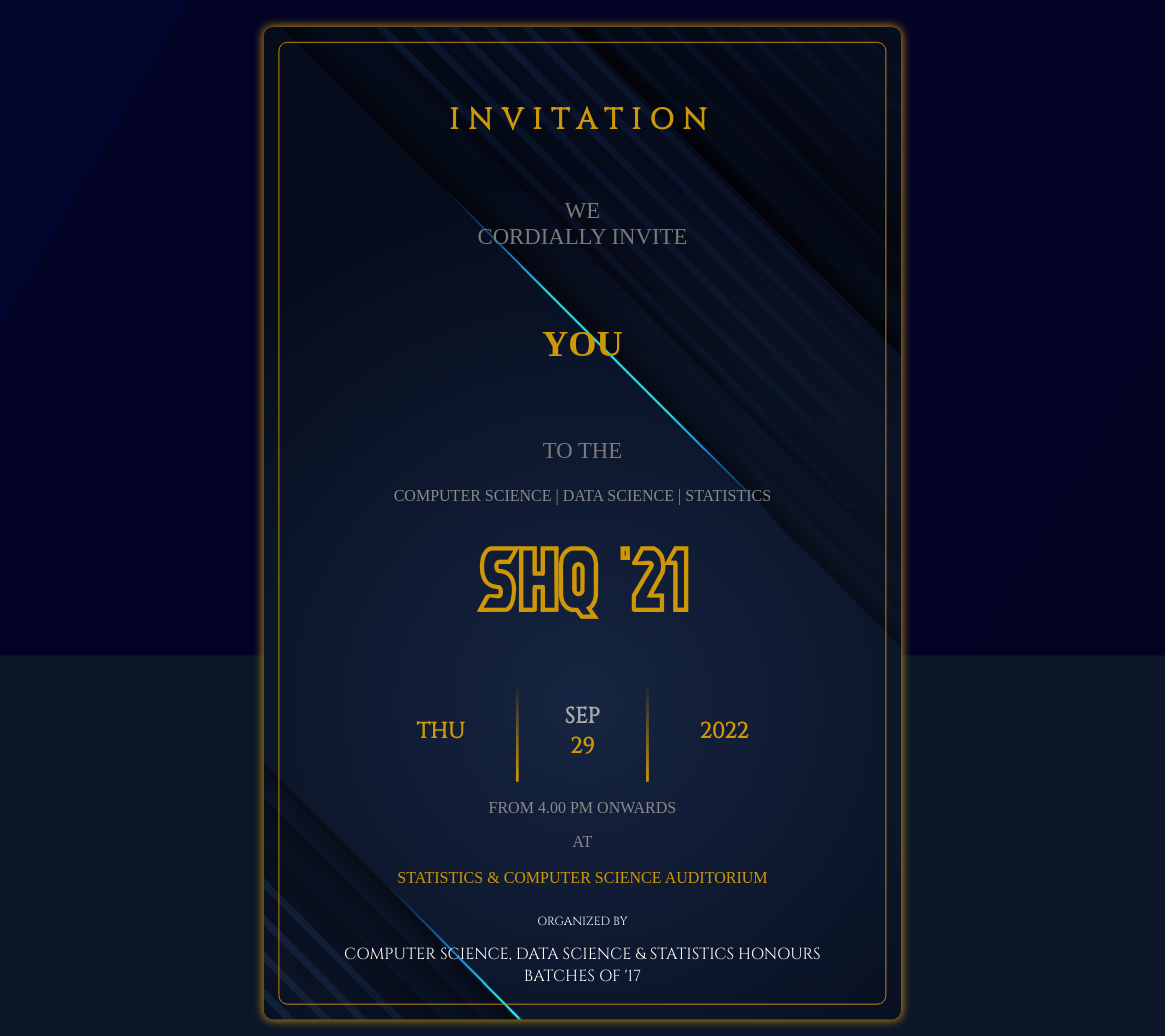
Repository: prabuddhika96/SHQ_Invitation
Page: index.html
The author's editor kept a copy of each file at every save. The page is drawn from the files as they stood at one save, then again after the next save.
The browser window is 1280 px wide. The pictures show the whole page, at 91% of full size.
Some web fonts or font styles are not loaded; a fallback is used.

Above is the page before, as saved 2022-09-26 12:14:07.
Console error: ReferenceError: bodymovin is not defined

After the next save:
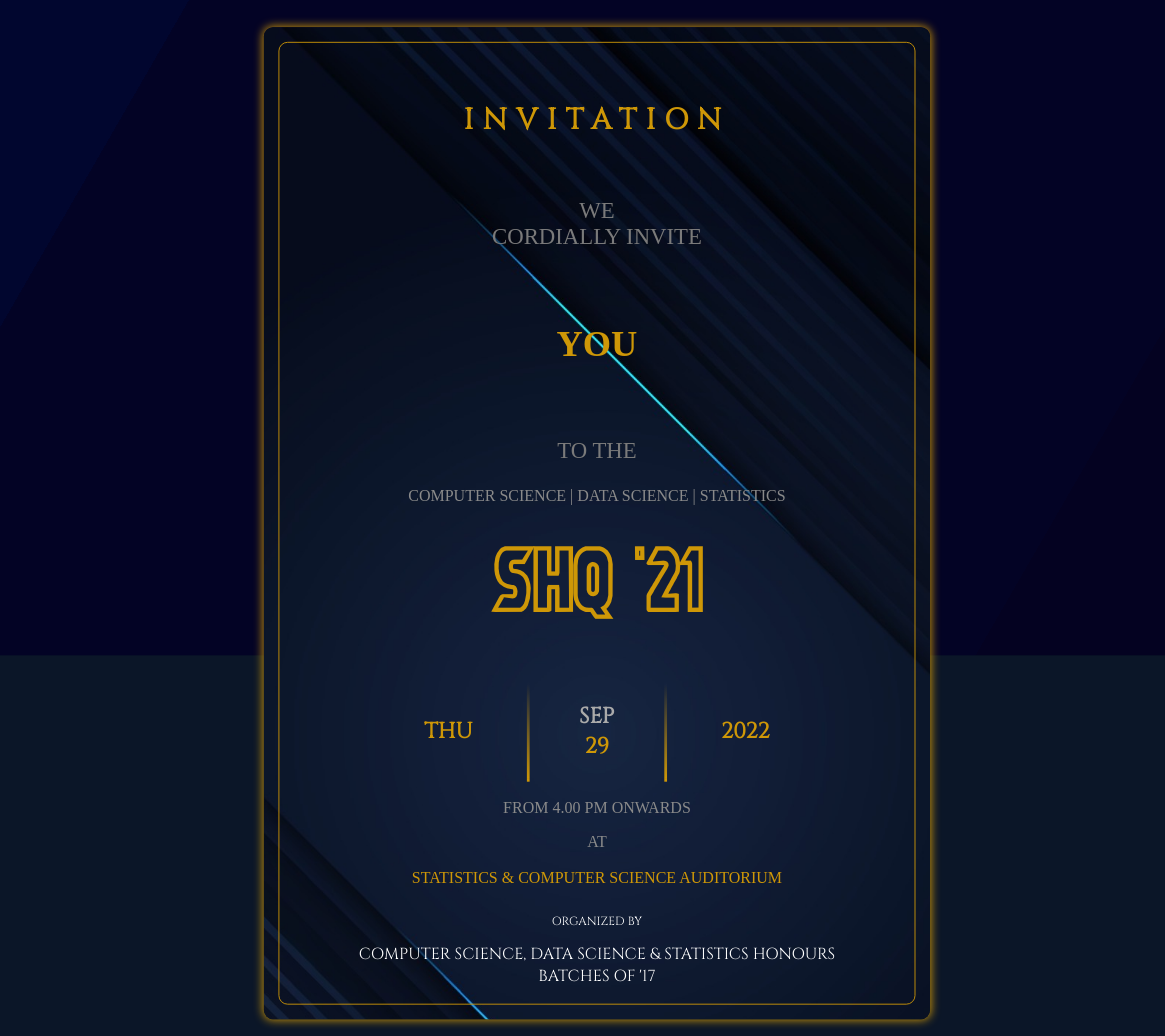
Saved 41 s later.
--- a/style.css
+++ b/style.css
@@ -33,8 +33,7 @@ p {
 
 .container {
 
-  display: flex;
-  align-items: center;
+
 
   width: 700px;
   /* height: 1000px; */
